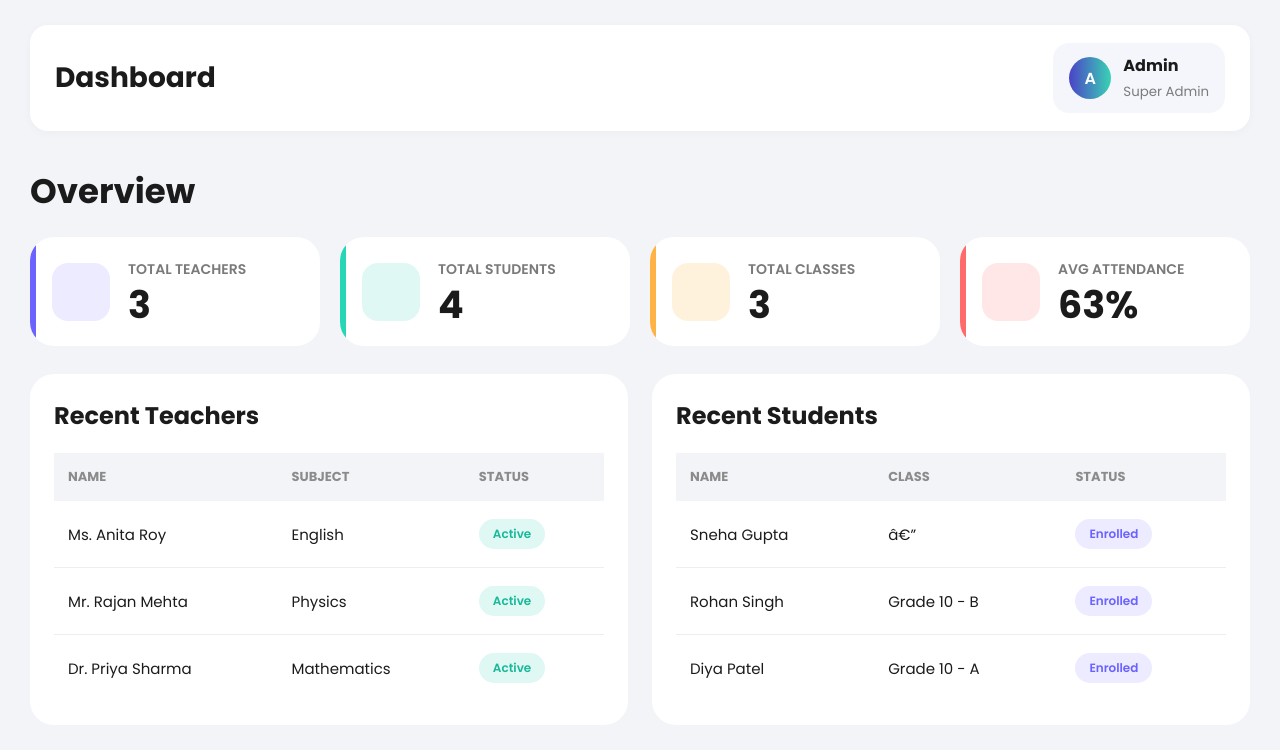
Repository: rohit-rk-07/school_management_system
Page: http://localhost/School_Management_System/admin/dashboard.jsp
These files come from the project's save history. The page is drawn as it stood at one moment and after the next save; the edit follows.
The browser window is 1280 px wide. The pictures show the whole page.
The page is served by Tomcat 10. Other server files are loaded and not shown.

Above is the page before, as saved 2026-05-19 09:24:27.
Console error: TypeError: Cannot read properties of null (reading 'addEventListener')

### School_Management_System/src/main/webapp/admin/dashboard.jsp
<!DOCTYPE html>
<html lang="en">
<head>
  <meta charset="UTF-8" />
  <meta name="viewport" content="width=device-width, initial-scale=1.0"/>
  <title>School Dashboard</title>

  <link rel="preconnect" href="https://fonts.googleapis.com">
  <link href="https://fonts.googleapis.com/css2?family=Poppins:wght@300;400;500;600;700&display=swap" rel="stylesheet">

  <style>
    *{
      margin:0;
      padding:0;
      box-sizing:border-box;
      font-family:'Poppins',sans-serif;
    }

    body{
      background:#f3f4f8;
      display:flex;
      min-height:100vh;
      color:#1b1b1b;
    }

    /* SIDEBAR */

    .sidebar{
      width:280px;
      background:#11162d;
      color:#fff;
      padding:20px 14px;
      display:flex;
      flex-direction:column;
      justify-content:space-between;
      border-top-right-radius:20px;
      border-bottom-right-radius:20px;
    }

    .logo{
      width:42px;
      height:42px;
      border-radius:12px;
      background:#2a2f55;
      display:flex;
      align-items:center;
      justify-content:center;
      color:#7b6dff;
      font-size:22px;
      margin-bottom:35px;
    }

    .menu-title{
      font-size:12px;
      color:#9ba1c4;
      margin:20px 10px 10px;
      letter-spacing:1px;
      font-weight:600;
    }

    .menu{
      list-style:none;
    }

    .menu li{
      padding:14px 16px;
      border-radius:12px;
      margin-bottom:8px;
      cursor:pointer;
      display:flex;
      align-items:center;
      gap:14px;
      color:#aeb4d1;
      transition:0.3s;
    }

    .menu li:hover{
      background:#242b4d;
    }

    .menu li.active{
      background:#4b42c7;
      color:#fff;
      font-weight:500;
    }

    .bottom-menu{
      margin-top:40px;
    }

    /* MAIN CONTENT */

    .main{
      flex:1;
      padding:25px 30px;
    }

    .topbar{
      background:#fff;
      border-radius:18px;
      padding:18px 25px;
      display:flex;
      justify-content:space-between;
      align-items:center;
      box-shadow:0 2px 10px rgba(0,0,0,0.03);
    }

    .topbar h2{
      font-size:28px;
    }

    .profile{
      display:flex;
      align-items:center;
      gap:12px;
      background:#f5f6fb;
      padding:10px 16px;
      border-radius:16px;
    }

    .avatar{
      width:42px;
      height:42px;
      border-radius:50%;
      background:linear-gradient(to right,#4b42c7,#39d2b4);
      display:flex;
      align-items:center;
      justify-content:center;
      color:#fff;
      font-weight:600;
    }

    .profile small{
      color:#7c7c7c;
    }

    .section-title{
      margin:35px 0 20px;
      font-size:34px;
      font-weight:700;
    }

    .stats{
      display:grid;
      grid-template-columns:repeat(auto-fit,minmax(240px,1fr));
      gap:20px;
    }

    .card{
      background:#fff;
      border-radius:24px;
      padding:22px;
      display:flex;
      align-items:center;
      gap:18px;
      position:relative;
      overflow:hidden;
    }

    .card::before{
      content:"";
      position:absolute;
      left:0;
      top:0;
      width:6px;
      height:100%;
    }

    .card.purple::before{ background:#6c63ff; }
    .card.green::before{ background:#27d6b5; }
    .card.orange::before{ background:#ffb347; }
    .card.red::before{ background:#ff6b6b; }

    .icon-box{
      width:58px;
      height:58px;
      border-radius:16px;
      display:flex;
      align-items:center;
      justify-content:center;
      font-size:24px;
    }

    .purple .icon-box{ background:#ecebff; color:#6c63ff; }
    .green .icon-box{ background:#dff8f4; color:#27d6b5; }
    .orange .icon-box{ background:#fff2dd; color:#ffb347; }
    .red .icon-box{ background:#ffe7e7; color:#ff6b6b; }

    .card h4{
      font-size:14px;
      color:#7a7a7a;
      margin-bottom:6px;
      font-weight:600;
    }

    .card h1{
      font-size:38px;
      line-height:1;
    }

    /* TABLES */

    .table-wrapper{
      margin-top:28px;
      display:grid;
      grid-template-columns:1fr 1fr;
      gap:24px;
    }

    .table-card{
      background:#fff;
      border-radius:24px;
      padding:24px;
    }

    .table-card h3{
      margin-bottom:20px;
      font-size:24px;
    }

    table{
      width:100%;
      border-collapse:collapse;
    }

    th{
      text-align:left;
      font-size:13px;
      color:#8b8b8b;
      padding:14px;
      background:#f3f4f8;
    }

    td{
      padding:18px 14px;
      border-bottom:1px solid #eee;
      font-size:15px;
    }

    tr:last-child td{
      border-bottom:none;
    }

    .badge{
      padding:6px 14px;
      border-radius:20px;
      font-size:12px;
      font-weight:600;
      display:inline-block;
    }

    .active-badge{
      background:#dff8f4;
      color:#19b899;
    }

    .enrolled-badge{
      background:#ecebff;
      color:#6c63ff;
    }

    /* RESPONSIVE */

    @media(max-width:1000px){
      .table-wrapper{
        grid-template-columns:1fr;
      }
    }

    @media(max-width:768px){
      body{
        flex-direction:column;
      }

      .sidebar{
        width:100%;
        border-radius:0;
      }

      .main{
        padding:15px;
      }

      .topbar{
        flex-direction:column;
        gap:15px;
        align-items:flex-start;
      }
    }
  </style>
</head>

<body>

  <!-- SIDEBAR -->

  <!--   <div class="sidebar">

    <div>
      <div class="logo"></div>

      <div class="menu-title">MAIN</div>

      <ul class="menu">
        <li class="active">Dashboard</li>
        <li>Teachers</li>
        <li>Students</li>
        <li>Classes</li>
      </ul>

      <div class="menu-title">ASSIGNMENTS</div>

      <ul class="menu">
        <li>Assign Students</li>
        <li>Assign Teachers</li>
      </ul>

      <div class="menu-title">ACADEMICS</div>

      <ul class="menu">
        <li>Attendance</li>
        <li>Results</li>
      </ul>
    </div>

    <div class="bottom-menu">
      <ul class="menu">
        <li>Logout</li>
      </ul>
    </div>

  </div> -->



  <!-- MAIN -->

  <div class="main">

    <div class="topbar">
      <h2>Dashboard</h2>

      <div class="profile">
        <div class="avatar">A</div>

        <div>
          <strong>Admin</strong><br>
          <small>Super Admin</small>
        </div>
      </div>
    </div>

    <h1 class="section-title">Overview</h1>

    <!-- STATS -->

    <div class="stats">

      <div class="card purple">
        <div class="icon-box"></div>

        <div>
          <h4>TOTAL TEACHERS</h4>
          <h1>3</h1>
        </div>
      </div>

      <div class="card green">
        <div class="icon-box"></div>

        <div>
          <h4>TOTAL STUDENTS</h4>
          <h1>4</h1>
        </div>
      </div>

      <div class="card orange">
        <div class="icon-box"></div>

        <div>
          <h4>TOTAL CLASSES</h4>
          <h1>3</h1>
        </div>
      </div>

      <div class="card red">
        <div class="icon-box"></div>

        <div>
          <h4>AVG ATTENDANCE</h4>
          <h1>63%</h1>
        </div>
      </div>

    </div>

    <!-- TABLES -->

    <div class="table-wrapper">

      <div class="table-card">

        <h3>Recent Teachers</h3>

        <table>
          <thead>
            <tr>
              <th>NAME</th>
              <th>SUBJECT</th>
              <th>STATUS</th>
            </tr>
          </thead>

          <tbody>
            <tr>
              <td>Ms. Anita Roy</td>
              <td>English</td>
              <td><span class="badge active-badge">Active</span></td>
            </tr>

            <tr>
              <td>Mr. Rajan Mehta</td>
              <td>Physics</td>
              <td><span class="badge active-badge">Active</span></td>
            </tr>

            <tr>
              <td>Dr. Priya Sharma</td>
              <td>Mathematics</td>
              <td><span class="badge active-badge">Active</span></td>
            </tr>
          </tbody>
        </table>

      </div>

      <div class="table-card">

        <h3>Recent Students</h3>

        <table>
          <thead>
            <tr>
              <th>NAME</th>
              <th>CLASS</th>
              <th>STATUS</th>
            </tr>
          </thead>

          <tbody>
            <tr>
              <td>Sneha Gupta</td>
              <td>—</td>
              <td><span class="badge enrolled-badge">Enrolled</span></td>
            </tr>

            <tr>
              <td>Rohan Singh</td>
              <td>Grade 10 - B</td>
              <td><span class="badge enrolled-badge">Enrolled</span></td>
            </tr>

            <tr>
              <td>Diya Patel</td>
              <td>Grade 10 - A</td>
              <td><span class="badge enrolled-badge">Enrolled</span></td>
            </tr>
          </tbody>
        </table>

      </div>

    </div>

  </div>

  <script>
    const toggleBtn = document.getElementById("darkToggle");

    toggleBtn.addEventListener("click", () => {
      document.body.classList.toggle("dark");
    });
  </script>

</body>
</html>

### School_Management_System/src/main/webapp/admin/sidebar.jsp
<!DOCTYPE html>
<html lang="en">
<head>
  <meta charset="UTF-8" />
  <meta name="viewport" content="width=device-width, initial-scale=1.0"/>
  <title>School Sidebar</title>

  <style type="text/css">
  *{
  margin:0;
  padding:0;
  box-sizing:border-box;
}

body{
  font-family:'Poppins',sans-serif;
  background:#f4f5fa;
}

.schoolSidebar{
  width:280px;
  height:100vh;
  background:#11162d;
  color:#ffffff;
  padding:20px 14px;
  display:flex;
  flex-direction:column;
  justify-content:space-between;
  /*border-top-right-radius:20px;
  border-bottom-right-radius:20px;*/
  transition:0.3s;
}

.schoolSidebarLogo {
    font-size: 1.6rem;
    font-weight: 600;
    background: #23294b;
    border-radius: 20px;
    padding: 0 15px;
    }

schoolSidebarLogo{
  border-radius:14px;
  background:#23294b;
  display:flex;
  align-items:start;
  justify-content:start;
  font-size:20px;
  margin-bottom:35px;
}

.schoolSidebarMenuTitle{
  color:#9ca3c7;
  font-size:12px;
  letter-spacing:1px;
  margin:22px 10px 12px;
  font-weight:600;
}

.schoolSidebarMenuList{
  list-style:none;
}

.schoolSidebarMenuItem{
  display:flex;
  align-items:center;
  gap:14px;
  padding:10px 16px;
  border-radius:14px;
  margin-bottom:10px;
  color:#b6bdd9;
  cursor:pointer;
  transition:0.3s;
  font-size:15px;
  font-weight:500;
}

.schoolSidebarMenuItem a{
  font-size:16px;
  text-decoration: none;
  color: #fff;
  width: 100%;
  height: 100%;
}

.schoolSidebarMenuItem:hover{
  background:#242b4d;
  color:#ffffff;
}

.schoolSidebarActive{
  background:#4d44cc;
  color:#ffffff;
}

.schoolSidebarMenuItem {

    transition: background-color 0.2s ease;
}


.schoolSidebarMenuItem.schoolSidebarActive {
    background-color: #34495e;
}

.schoolSidebarMenuItem.schoolSidebarActive a {
    color: #ffffff;
    font-weight: bold;
}

@media(max-width:768px){

  .schoolSidebar{
    width:100%;
    height:auto;
    border-radius:0;
  }

}
  </style>

  <link rel="preconnect" href="https://fonts.googleapis.com">
  <link href="https://fonts.googleapis.com/css2?family=Poppins:wght@300;400;500;600;700&display=swap" rel="stylesheet">
</head>

<body>

  <aside class="schoolSidebar">

    <div class="schoolSidebarTop">

      <div class="schoolSidebarLogo">
        School Management System.
      </div>

      <div class="schoolSidebarMenuTitle">
        MAIN
      </div>

      <ul class="schoolSidebarMenuList">

        <li class="schoolSidebarMenuItem schoolSidebarActive">
          <a href="/School_Management_System/admin/dashboard/dashboard.jsp">Dashboard</a>
        </li>

        <li class="schoolSidebarMenuItem">
          <a href="/School_Management_System/admin/manage_teacher/addteacher.jsp">Teacher</a>

        </li>

        <li class="schoolSidebarMenuItem">
          <a href="/School_Management_System/admin/manage_student/addstudent.jsp">Students</a>
        </li>

        <li class="schoolSidebarMenuItem">
          <a href="/School_Management_System/admin/manage_classes/addclasses.jsp">Classes</a>
        </li>

      </ul>

      <div class="schoolSidebarMenuTitle">
        ASSIGNMENTS
      </div>

      <ul class="schoolSidebarMenuList">

        <li class="schoolSidebarMenuItem">
          <a href="/School_Management_System/admin/assign_student/assignStudent.jsp">Assign Student</a>
        </li>

        <li class="schoolSidebarMenuItem">
          <a href="/School_Management_System/admin/assign_teacher/assignTeacher.jsp">Assign Teacher</a>
        </li>

      </ul>

    </div>

    <div class="schoolSidebarBottom">

      <ul class="schoolSidebarMenuList">

        <li class="schoolSidebarMenuItem">
          <a href="/School_Management_System/login/login.jsp">Logout</a>
        </li>

      </ul>

    </div>

  </aside>

  <script>

  document.addEventListener("DOMContentLoaded", function () {
    const currentPath = window.location.pathname;
    const menuLinks = document.querySelectorAll(".schoolSidebarMenuList a");

    menuLinks.forEach(link => {
        const linkPath = link.getAttribute("href");

        if (currentPath.endsWith(linkPath)) {
            document.querySelectorAll(".schoolSidebarMenuItem").forEach(item => {
                item.classList.remove("schoolSidebarActive");
            });

            link.closest(".schoolSidebarMenuItem").classList.add("schoolSidebarActive");
        }
    });
});

  </script>

</body>
</html>

After the next save:
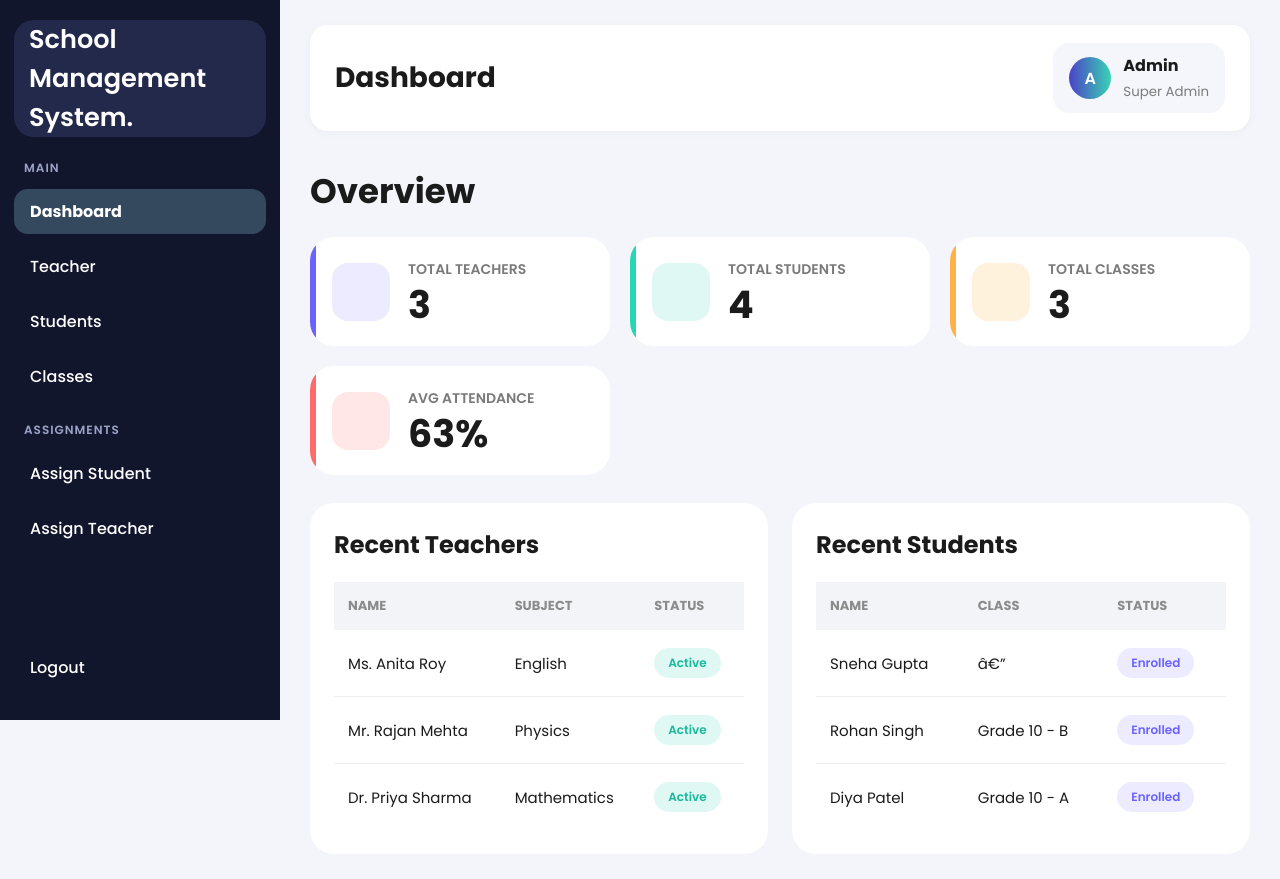
Saved 100 s later.
--- a/School_Management_System/src/main/webapp/admin/dashboard.jsp
+++ b/School_Management_System/src/main/webapp/admin/dashboard.jsp
@@ -331,7 +331,7 @@
 
   </div> -->
 
-
+  <jsp:include page="sidebar.jsp" />
 
   <!-- MAIN -->
 
